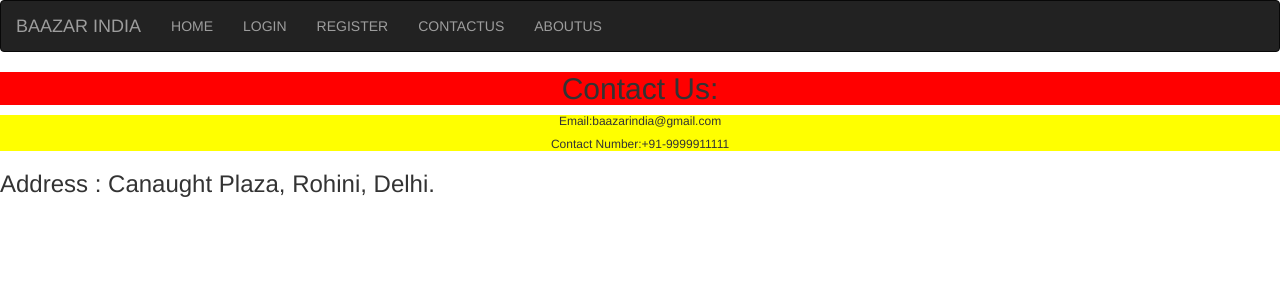
Repository: Apoorva126/Project
Page: http://localhost/FrontEndBaazarIndia/WEB-INF/views/ContactUs.jsp
These files come from the project's save history. The page is drawn as it stood at one moment and after the next save; the edit follows.
The browser window is 1280 px wide. The pictures show the whole page.
Some web libraries are served in a nearby version. The page is served by Tomcat 9. Nobody is signed in. The template is opened directly, without the code that normally fills it, so the values that code supplies are empty.

Above is the page before, as saved 2019-02-06 14:23:57.
Console error (its wording comes from the project's code and is left out).

After the next save:
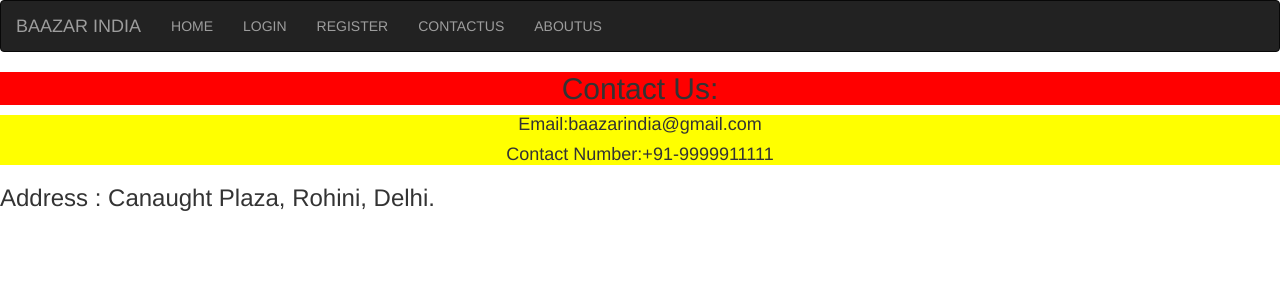
Saved 29 s later.
--- a/FrontEndBaazarIndia/src/main/webapp/WEB-INF/views/ContactUs.jsp
+++ b/FrontEndBaazarIndia/src/main/webapp/WEB-INF/views/ContactUs.jsp
@@ -14,8 +14,8 @@ Contact Us:
 
 <center>
 <form style="background-color: yellow;">
-<h6>Email:baazarindia@gmail.com</h6>
-<h6>Contact Number:+91-9999911111</h6>
+<h4>Email:baazarindia@gmail.com</h4>
+<h4>Contact Number:+91-9999911111</h4>
 
 </form>
 </center>
